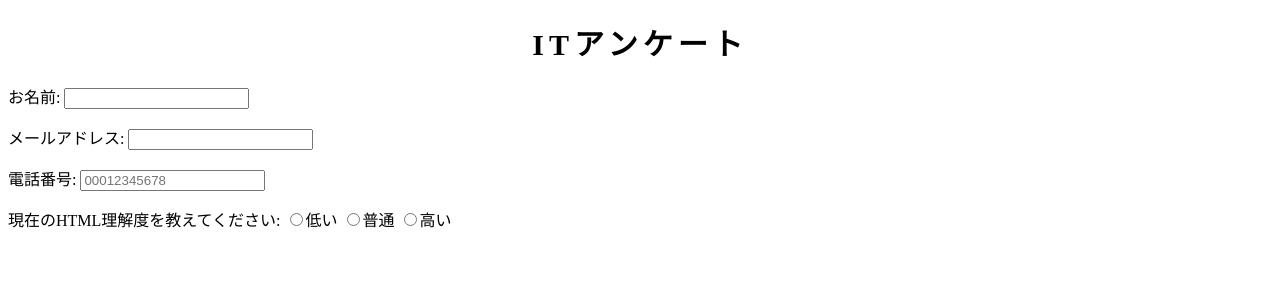
Repository: tomimaler/dc_work_tamachi_inagaki_html
Page: challenge_form.html
The author's editor kept a record of every edit. The page is drawn from the files as they stood at one moment, then again after the next edit.
The browser window is 1280 px wide. The pictures show the whole page.

Above is the page before.

After the next edit:
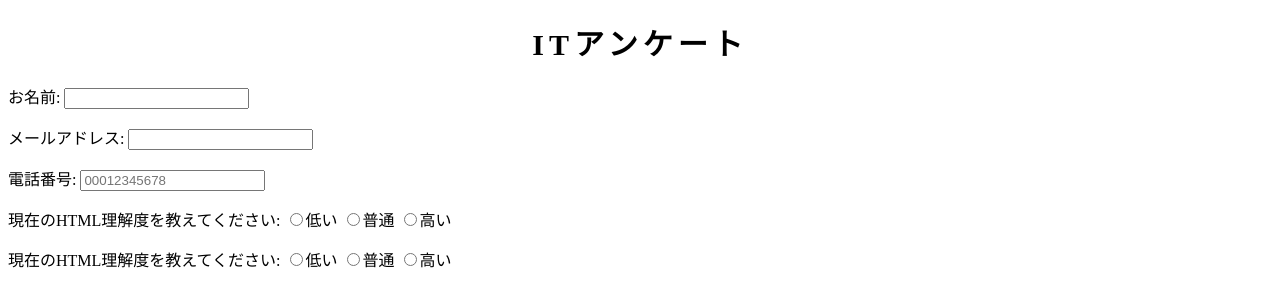
The edit:
--- a/challenge_form.html
+++ b/challenge_form.html
@@ -25,5 +25,11 @@
       <label><input type="radio" name="level" value="intermedite">普通</label>
       <label><input type="radio" name="level" value="advanced">高い</label>
   </p>
+  <p>
+      現在のHTML理解度を教えてください:
+      <label><input type="radio" name="level" value="beginner">低い</label>
+      <label><input type="radio" name="level" value="intermedite">普通</label>
+      <label><input type="radio" name="level" value="advanced">高い</label>
+  </p>
  </body>
 </html>
